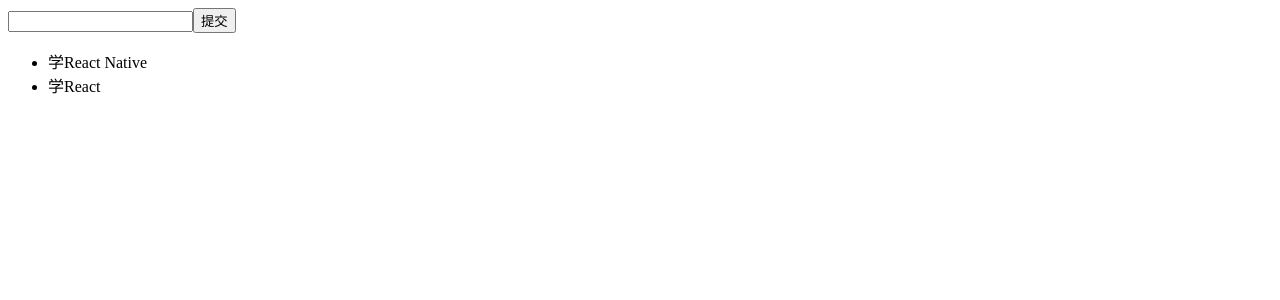
Repository: wayne214/react-app
Page: /
The author's editor kept a copy of each file at every save. The page is drawn from the files as they stood at one save, then again after the next save.
The browser window is 1280 px wide. The pictures show the whole page.
The project was rebuilt for these pictures with package versions that can differ from the ones it lists, and the page was loaded fresh each time. Also part of the build but not shown: src/App.js.

Above is the page before, as saved 2020-11-05 18:22:44.

After the next save:
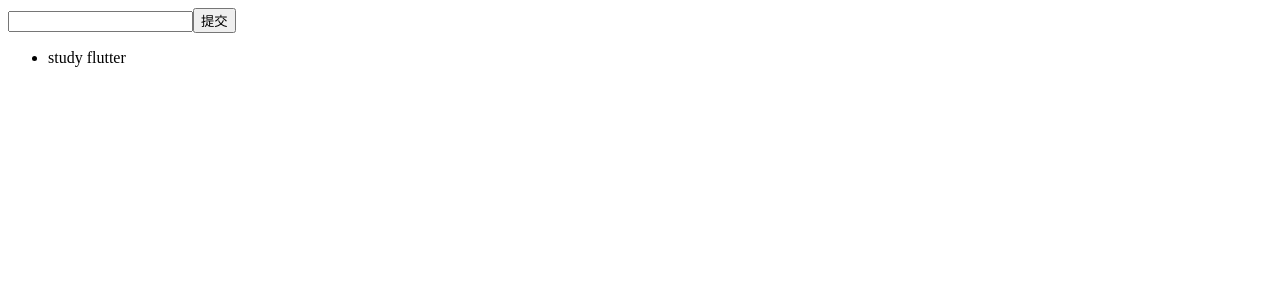
Saved 7 min 35 s later.
--- a/src/TodoList.js
+++ b/src/TodoList.js
@@ -2,6 +2,7 @@
 
 const TodoList = () => {
     const [inputValue, setInputValue] = useState('')
+    const [list, setList] = useState(['study flutter'])
 
     useEffect(()=>{
         console.log('---in00', inputValue)
@@ -11,8 +12,11 @@
         <Fragment>
             <div><input value={inputValue} onChange={e => setInputValue(e.target.value)}/><button>提交</button></div>
             <ul>
-                <li>学React Native</li>
-                <li>学React</li>
+                {
+                    list.map((item,index)=>{
+                    return <li>{item}</li>
+                    })
+                }
             </ul>
         </Fragment>
     )
